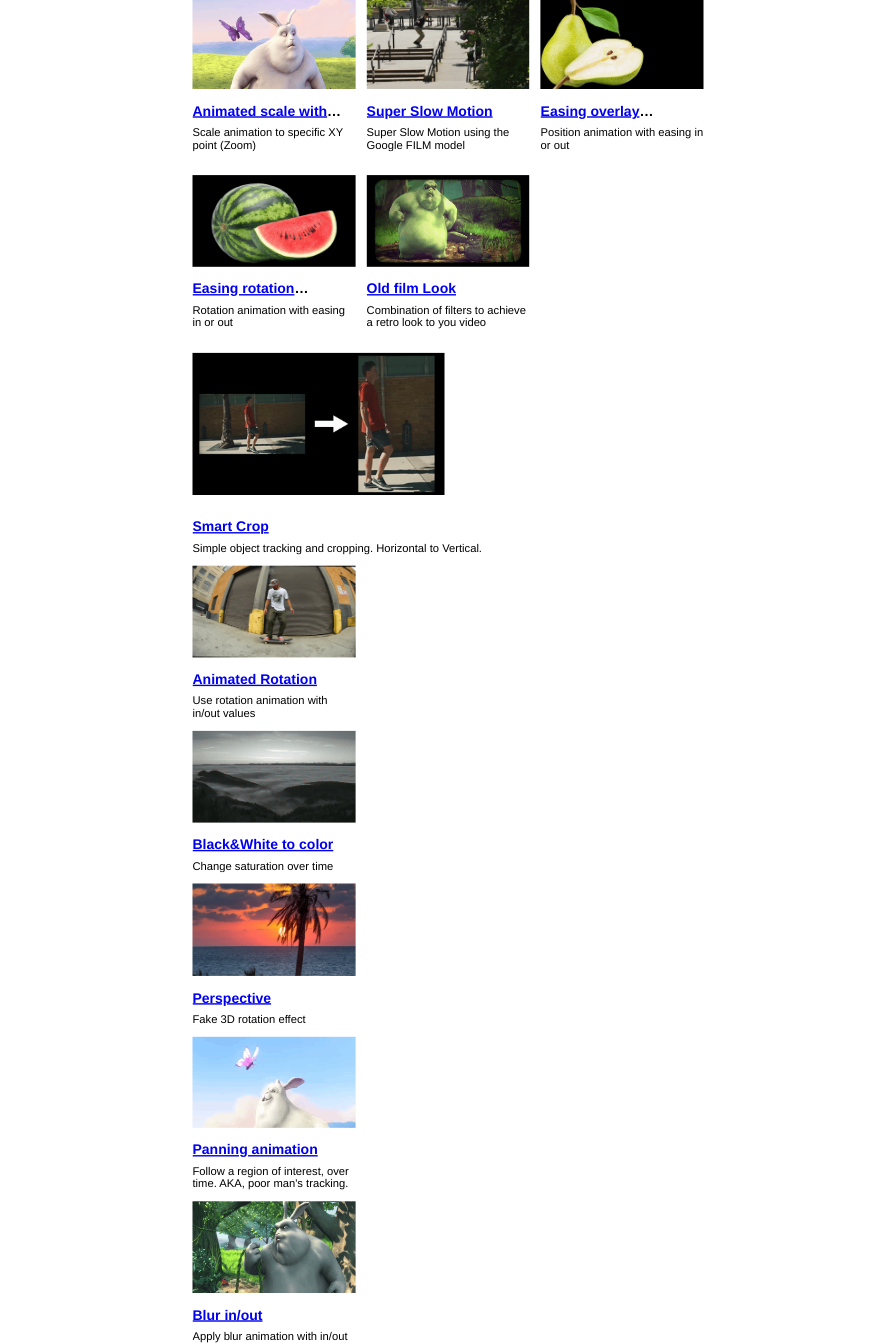
Repository: OrenShalmy/orenshalmy.github.io
Page: index.html
An editor plug-in stored every save of this project. The page is shown before and after the next save, followed by the edit.
The browser window is 1280 px wide. The pictures show the part of the page from y = 793 to 2713 px (the page is 3417 px tall before and 2241 px after), at 70% of full size.

Above is the page before, as saved 2024-09-13 18:37:35.

### index.html
<!DOCTYPE html>
<html lang="en">
	<head>
		<meta charset="utf-8">
    <link rel="icon" href="assets/media/SMPTE-s.png" />
		<title>Oren Shalmy</title>
    <meta name="description" content="Usefull FFmpeg code">
    <meta name="viewport" content="width=device-width, initial-scale=1" />

    <link rel="stylesheet" href="./css/layout.css">
    <link rel="stylesheet" href="./css/typography.css">
    <link rel="stylesheet" href="./css/utilities.css">

		<script defer src="./js/script.js"></script>
	</head>
	<body>
    <!-- NAVBAR -->
    <div class="navbar">
      <a class="nav-title-link" href="./index.html">
        <span class="nav-title">Home</span>
        <a class="button" href="mailto:orenshalmy@gmail.com">
          <span class="button-text">Contact Me</span>
        </a>
      </a>
    </div>

    <!-- MAIN PAGE CONTENT -->
    <div id="main-content">

      <!-- PORTFOLIO HEADER -->
      <div id="portfolio-header">
        <div id="portfolio-header-image-container">
          <img src="assets/media/SMPTE.png" class="portfolio-header-image">
          <a class="no-underline" target="_blank">
            <span class="image-caption">I have better angles</span>
          </a>
        </div>

        <div id="portfolio-header-text-container">
            <div class="header-text">
              <span class="main-title">Hey, I'm Oren.</span>
            </div>
          <div class="body-text">I'm a video geek with love and passion for everything video. I've been doing video dev/ops for many years and have experience with many types of video workflows.
            I've worked in broadcast television, cinema, post-production, VFX/CGI, news, studios, web, mobile, OTT, ad-tech, CTV, video decoding/processing/encoding, AI stuff, live, on-demand, distribution, contribution, on-prem, cloud, SaaS, Docker, CPU/GPU and every other video related field out there.
            <p>I'm also "looking-for-my-next-challenge" so feel free to reach out.
          </div>
        </div>
      </div>

      <!-- ABOUT SECTION -->
      <div id="about-section">
        <span class="subheader-text">What is this?</span>
        <div class="about-section-content">
          <div class="body-text">This page has some video processing stuff you can do yourself.<br>
            I try to explain the logic because veideo processing (FFMpeg) is not always very accessible, friendly, forgiving, flexible, informative...<br>
            The scripts have minimal surrounding code (bash, python), and only shows basic parameters. How you use it is up to you.<p>
          </div>
        </div>
      </div>

      <!-- MY WORK SECTION -->
      <div id="my-work-section">
        <span class="subheader-text">Show me some code</span>

        <div class="projects-container">

          <div class="project-card">
            <img src="assets/media/anim-scale.gif">
            <div class="project-card-text-container">
              <div class="subheader-text project-title"><a href="project-pages/animscale.html">Animated scale with zooming</a></div>
              <div class="body-text project-card-text">Scale animation to specific XY point (Zoom)</div>
            </div>
          </div>

          <div class="project-card">
            <img src="assets/media/ssm.gif">
          <div class="project-card-text-container">
            <div class="subheader-text project-title"><a href="project-pages/superslowmo.html">Super Slow Motion</a></div>
            <div class="body-text project-card-text">Super Slow Motion using the Google FILM model</div>
          </div>
        </div>

        <div class="project-card">
          <img src="assets/media/ease_pos.gif">
        <div class="project-card-text-container">
          <div class="subheader-text project-title"><a href="project-pages/ease_position.html">Easing overlay (position) animation</a></div>
          <div class="body-text project-card-text">Position animation with easing in or out</div>
        </div>
      </div>

        <div class="project-card">
          <img src="assets/media/ease_rot.gif">
        <div class="project-card-text-container">
          <div class="subheader-text project-title"><a href="project-pages/ease_rotation.html">Easing rotation animation</a></div>
          <div class="body-text project-card-text">Rotation animation with easing in or out</div>
        </div>
      </div>

          <div class="project-card">
              <img src="assets/media/retro.gif">
            <div class="project-card-text-container">
              <div class="subheader-text project-title"><a href="project-pages/retro.html">Old film Look</a></div>
              <div class="body-text project-card-text">Combination of filters to achieve a retro look to you video</div>
            </div>
          </div>

          <div class="project-card"></div>
            <img src="assets/media/h2v.gif">
            <div class="project-card-text-container">
                <div class="subheader-text project-title"><a href="project-pages/h2v.html">Smart Crop</a></div>
                <div class="body-text project-card-text">Simple object tracking and cropping. Horizontal to Vertical.</div>
            </div>
        </div>

          <div class="project-card">
              <img src="assets/media/rotation.gif">
              <div class="project-card-text-container">
              <div class="subheader-text project-title"><a href="project-pages/animatedrotate.html">Animated Rotation</a></div>
              <div class="body-text project-card-text">Use rotation animation with in/out values</div>
            </div>
          </div>

          <div class="project-card">
              <img src="assets/media/eq.gif">
              <div class="project-card-text-container">
              <div class="subheader-text project-title"><a href="project-pages/saturation.html">Black&White to color</a></div>
              <div class="body-text project-card-text">Change saturation over time</div>
            </div>
          </div>

          <div class="project-card">
              <img src="assets/media/skew.gif">
              <div class="project-card-text-container">
                  <div class="subheader-text project-title"><a href="project-pages/skew.html">Perspective</a></div>
                  <div class="body-text project-card-text">Fake 3D rotation effect</div>
              </div>
            </div>

          <div class="project-card">
              <img src="assets/media/track.gif">
              <div class="project-card-text-container">
              <div class="subheader-text project-title"><a href="project-pages/pan.html">Panning animation</a></div>
              <div class="body-text project-card-text">Follow a region of interest, over time. AKA, poor man's tracking. </div>
            </div>
          </div>

          <div class="project-card">
              <img src="assets/media/blur.gif">
              <div class="project-card-text-container">
              <div class="subheader-text project-title"><a href="project-pages/blur.html">Blur in/out</a></div>
              <div class="body-text project-card-text">Apply blur animation with in/out values. </div>
            </div>
          </div>

          <div class="project-card">
              <img src="assets/media/testpattern.gif">
              <div class="project-card-text-container">
              <div class="subheader-text project-title"><a href="project-pages/testpattern.html">Test video generator</a></div>
              <div class="body-text project-card-text">Generate informative testing live streams (RTMP, SRT).</div>
            </div>
          </div>

          <div class="project-card">
              <img src="assets/media/hls.gif">
              <div class="project-card-text-container">
                  <div class="subheader-text project-title"><a href="project-pages/hls.html">HLS transcoder/packager</a></div>
                  <div class="body-text project-card-text">File in -> HLS out.</div>
              </div>
          </div>

          <!-- <div class="project-card">
              <img src="assets/media/zoomscene.gif">
              <div class="project-card-text-container">
                  <div class="subheader-text project-title"><a href="project-pages/zoomscene.html">Zoom scene</a></div>
                  <div class="body-text project-card-text">play - zoom-in - pause - zoom-out - play.</div>
              </div>
          </div> -->


        </div>
      </div>
    </div>

    <!-- FOOTER -->
    <div id="footer">
      <a class="icon-link" target="_blank" href="https://www.linkedin.com/in/orenshalmy/">
        <image src="../assets/icons/LinkedIn.svg" class="footer-icon"/>
      </a>
      <a class="icon-link" target="_blank" href="https://twitter.com/orenshalmy">
        <image src="../assets/icons/twitter.svg" class="footer-icon"/>
      </a>
      <a class="icon-link" href="mailto:orenshalmy@gmail.com">
        <image src="../assets/icons/mail.svg" class="footer-icon"/>
      </a>
    </div>
	</body>
</html>

### css/layout.css
* {
  box-sizing: border-box;
}

html {
  text-size-adjust: none;
  -webkit-text-size-adjust: none;
  -moz-text-size-adjust: none;
  -ms-text-size-adjust: none;
}

body {
  margin: 0;
  -webkit-font-smoothing: antialiased;
  -moz-osx-font-smoothing: grayscale;
}




/* Main Page Layout */

#main-content {
  margin: 100px 425px;
  display: flex;
  flex-direction: column;
  gap: 64px;
}

/* Portfolio Header */

#portfolio-header {
  display: flex;
  gap: 20px;
  align-items: center;
}

#portfolio-header-image-container {
  display: flex;
  flex-direction: column;
  gap: 2px;
  flex-basis: 50%;
}

.portfolio-header-image {
  width: 100%;
  height: auto;
}

#portfolio-header-text-container {
  display: flex;
  flex-direction: column;
  gap: 34px;
  flex-basis: 50%;
}




/* About Section */

#about-section {
  display: flex;
  flex-direction: column;
  gap: 16px;
}

.about-section-content {
  display: flex;
  flex-direction: column;
  gap: 34px;
}




/* Project Section */

#my-work-section {
  display: flex;
  flex-direction: column;
  gap: 16px;
}

.projects-container {
  display: flex;
  gap: 34px 16px;
  flex-wrap: wrap;
}

    /* Project Cards */

    .project-card {
      max-width: calc((100% - 32px) / 3);
      display: flex;
      flex-direction: column;
      gap: 20px;
    }

    .project-card-text-container {
      flex-direction: column;
      display: flex;
      gap: 10px
    }

    .project-image {
      width: 100%;
      height: 200px;
      object-fit: cover;
      object-position: center;
    }




/* Project Pages */

#project-header {
  display: flex;
  flex-direction: column;
  gap: 16px;
}

.project-header-image {
  width: 100%;
  height: auto;
}

#project-details {
  display: flex;
  flex-direction: column;
  /*gap: 10px;*/
}

.project-details-content {
  display: flex;
  flex-direction: column;
  /*gap: 34px;*/
}

    /* Project Gallery */

    #project-gallery {
      display: flex;
      flex-direction: column;
      gap: 16px;
    }

    .project-gallery-content {
      display: flex;
      flex-wrap: wrap;
      gap: 34px 16px;
    }

    .gallery-image-container {
      width: 100%;
      display: flex;
      flex-direction: column;
      gap: 10px;
    }

    .gallery-image-container.half-width {
      width: calc((100% - 16px) / 2);
    }

    .gallery-image {
      width: 100%;
      height: auto;
    }


/* Extra Extra large devices (large laptops and desktops, 1200px and below) */
@media only screen and (max-width: 1600px) {
  #main-content {
    margin: 150px 275px;
  }
}

/* Extra large devices (large laptops and desktops, 1200px and below) */
@media only screen and (max-width: 1200px) {
  #main-content {
    margin: 150px 175px;
  }
}

/* Large devices (laptops/desktops, 1000px and below) */
@media only screen and (max-width: 1000px) {
  #main-content {
    margin: 150px 75px;
  }
}

/* Small devices (portrait tablets and large phones, 800px and below) */
@media only screen and (max-width: 800px) {
  #main-content {
    margin: 150px 50px;
  }

  #portfolio-header {
    flex-direction: column;
  }

  .project-card {
    max-width: calc((100% - 16px) / 2);
  }
}

/* Small devices (portrait tablets and large phones, 600px and below) */
@media only screen and (max-width: 600px) {
  #main-content {
    margin: 125px 20px;
  }

  .project-card {
    max-width: 100%;
  }
}

/* highlight JS Line Numbers */
.hljs-ln-numbers {
  -webkit-touch-callout: none;
  -webkit-user-select: none;
  -khtml-user-select: none;
  -moz-user-select: none;
  -ms-user-select: none;
  user-select: none;

  text-align: center;
  color: #ccc;
  border-right: 1px solid #CCC;
  vertical-align: top;
  padding-right: 5px;

  /* your custom style here */
}

/* for block of code */
.hljs-ln-code {
  padding-left: 10px;
}

### css/typography.css
body {
  font-family: "Helvetica Neue", Helvetica, Arial, sans-serif;
}

.nav-title {
  font-weight: 700;
  font-size: 24px;
}

.button-text {
  font-size: 14px;
  font-weight: 700;
}

.image-caption {
  font-size: 14px;
  font-weight: 500;
}

.main-title {
  font-size: 40px;
  font-weight: 700;
}

.subheader-text {
  font-size: 20px;
  font-weight: 700;
}

.body-text {
  font-size: 16px;
  font-weight: 500;
}

.on-line-text {
  font-size: 16px;
  font-weight: bold;
}

.project-card-text {
  overflow: hidden;
  text-overflow: ellipsis;
  display: -webkit-box;
  -webkit-line-clamp: 4;
  -webkit-box-orient: vertical;
}

.project-title {
  overflow: hidden;
  text-overflow: ellipsis;
  display: -webkit-box;
  -webkit-line-clamp: 1;
  -webkit-box-orient: vertical;
}

### css/utilities.css

/* Icons */

.right-arrow-icon {
  width: 16px;
  height: 16px;
  margin-top: 1px;
}

.footer-icon {
  width: 20px;
  height: 20px;
}

a.icon-link {
  transition: transform 200ms ease-in-out;
}

a.icon-link:hover {
  cursor: pointer;
  stroke-width: 5;
  margin: 0;
  transform: rotate(15deg);
}


/* Navbar Styling */

.navbar {
  width: 100%;
  padding: 30px 50px;
  display: flex;
  justify-content: space-between;
  align-items: center;
  position: fixed;
  top: 0;
  left: 0;
}

.nav-title-link {
  color: black;
  text-decoration: none;
}

.nav-title-link:hover {
  text-decoration: underline;
}

/* Small devices (portrait tablets and large phones, 800px and below) */
@media only screen and (max-width: 800px) {
  .navbar {
    padding: 20px 20px;
    background-color: white
  }
}


/* Button Styling */

a.button {
  padding: 8px 16px;
  border: 3px solid #141414;
  border-radius: 50px;
  color: black;
  text-decoration: none;
  width: fit-content;
  display: flex;
  gap: 5px;
  align-items: center;
}

a.button:hover {
  text-decoration: underline;
  text-decoration-thickness: 2px;
  cursor: pointer;
}


/* Footer Styling */

#footer {
  width: 100%;
  display: flex;
  padding: 30px 50px;
  justify-content: center;
  align-items: center;
  gap: 16px;
}

/* Link Styling */
a.no-underline {
  text-decoration: none;
  color: black
}

a.no-underline:hover {
  text-decoration: underline;
  cursor: pointer;
}

/* Small devices (portrait tablets and large phones, 800px and below) */
@media only screen and (max-width: 800px) {
  #footer {
    padding: 20px 20px;
  }
}

Loaded but not shown: js/script.js (common file)

After the next save:
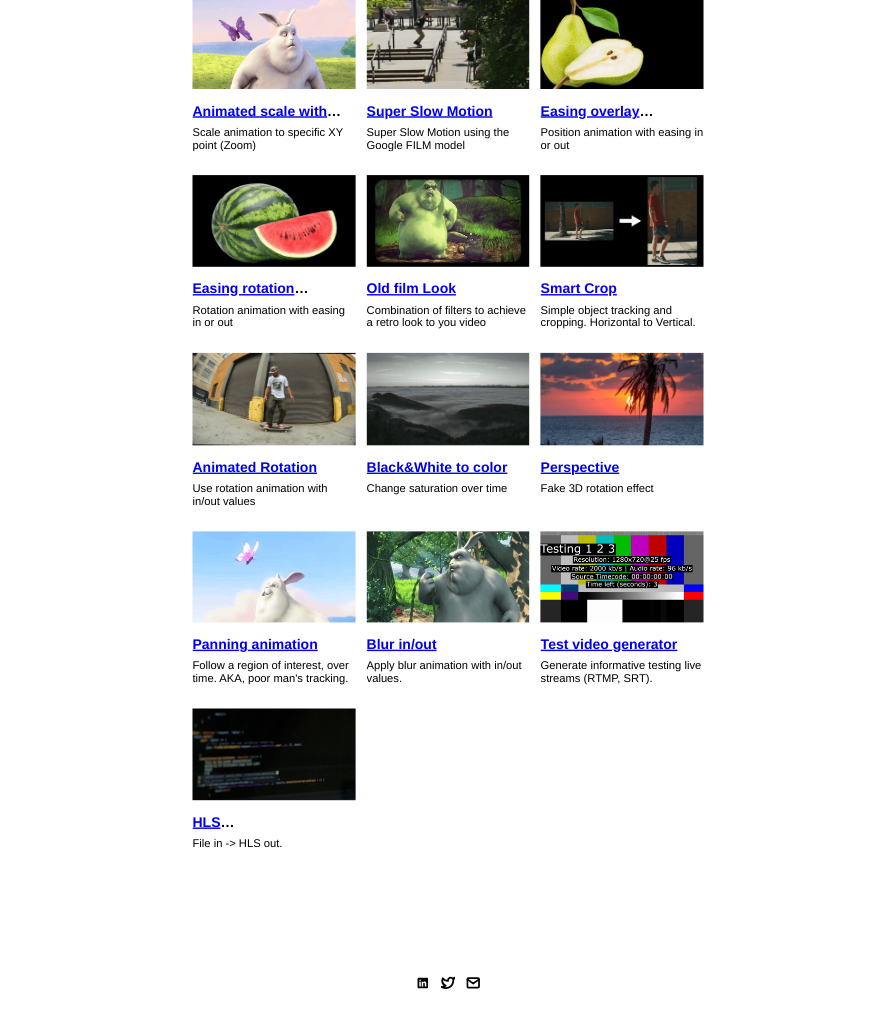
Saved 11 s later.
--- a/index.html
+++ b/index.html
@@ -104,7 +104,7 @@
             </div>
           </div>
 
-          <div class="project-card"></div>
+          <div class="project-card">
             <img src="assets/media/h2v.gif">
             <div class="project-card-text-container">
                 <div class="subheader-text project-title"><a href="project-pages/h2v.html">Smart Crop</a></div>
